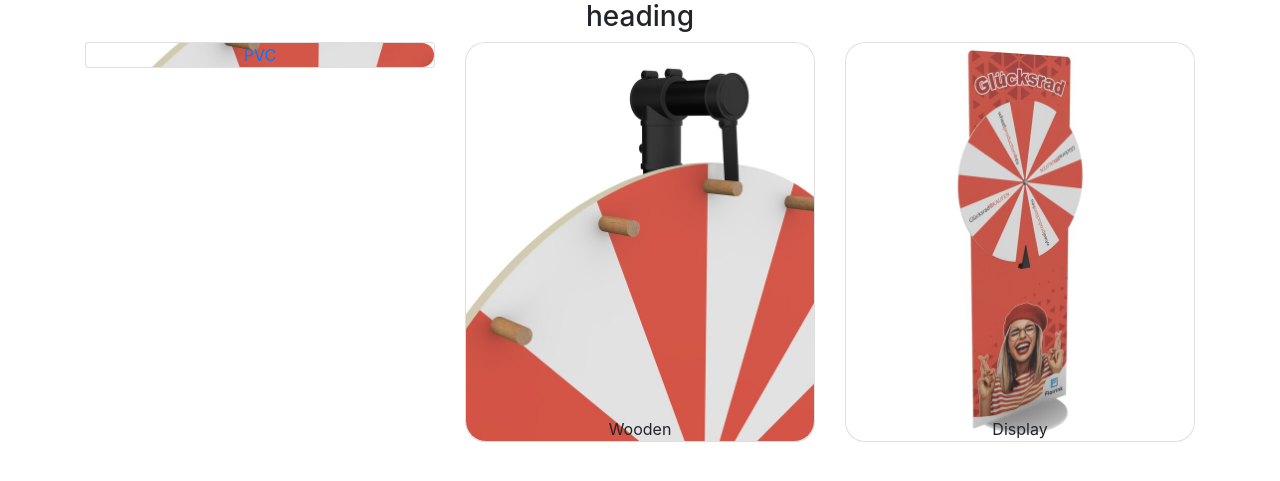
Repository: Awaisp-irfan/fahad-project
Page: index.html
These files come from the project's save history. The page is drawn as it stood at one moment and after the next save; the edit follows.
The browser window is 1280 px wide. The pictures show the whole page.

Above is the page before, as saved 2022-06-30 07:36:58.

After the next save:
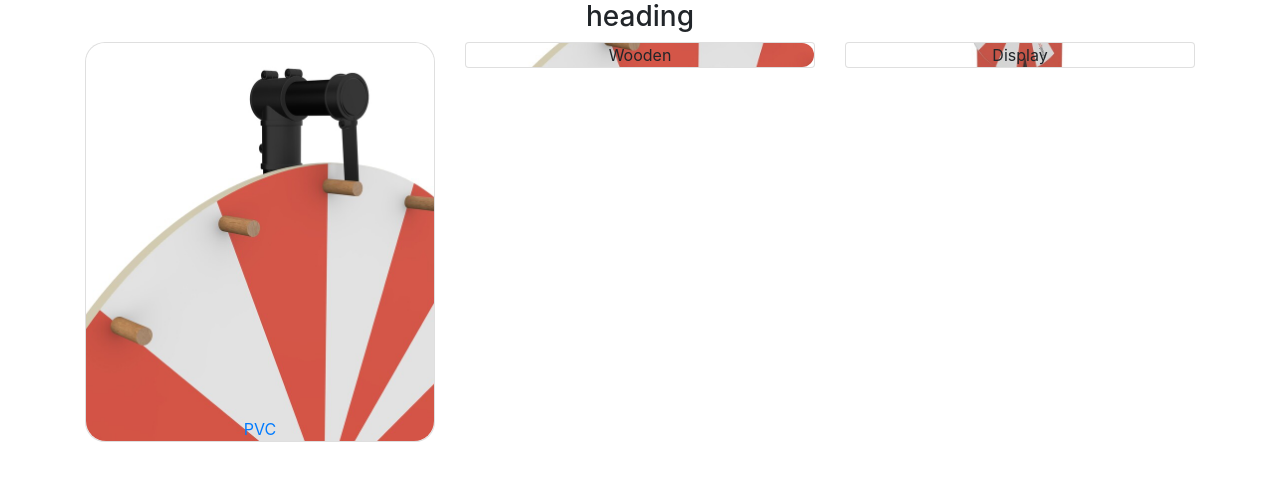
Saved 21 s later.
--- a/style.css
+++ b/style.css
@@ -7,7 +7,7 @@
     border-radius: 20px;
 }
 
-.col-lg-4> .img-div{
+.col-lg-4>a > .img-div{
     height: 400px;
     border-radius: 20px;
 }
